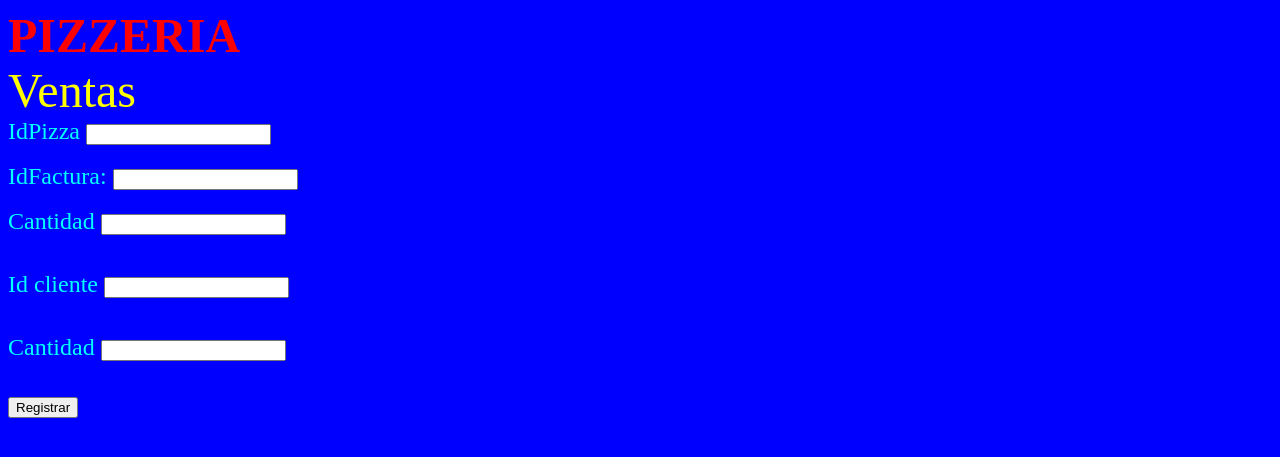
Repository: kaoxen/Cloud9
Page: restauranteapp/workspace/ventas.html
The author's editor kept a record of every edit. The page is drawn from the files as they stood at one moment, then again after the next edit.
The browser window is 1280 px wide. The pictures show the whole page.

Above is the page before.

### restauranteapp/workspace/ventas.html
<html>
<head></head>

<body bgcolor="blue" >





<form action="formfactura.php" method="POST" NAME="form" >
    <font color="red" size=10> <strong> PIZZERIA</strong> </font> </br>
    <font color="yellow" size=8>  Ventas  </font> </br>
<font color="aqua" size=5>     IdPizza   </font>    <input type="int" name="Idpizza">  </br>
</br>

 <font  color="aqua" size=5>   IdFactura: </font>      <input type="int" name="Idfactura"> </br>
</br>

<font color="aqua" size=5>    Cantidad </font>      <input type="int" name="cantidad"></br>
</br>

</br>
<font color="aqua" size=5>    Id cliente </font>      <input type="int" name="Idcliente"></br>

</br>

</br>
<font color="aqua" size=5>    Cantidad </font>      <input type="int" name="cantidad"></br>

</br>
</br>

<input type="submit" value="Registrar"> </br>



</form>

</font>
</body>
</html>

After the next edit:
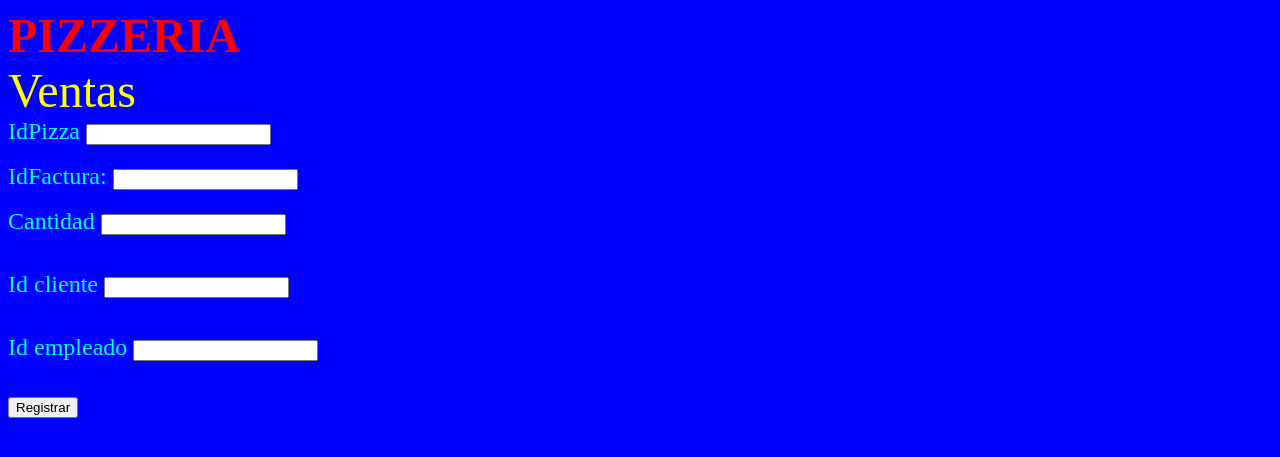
The edit:
--- a/restauranteapp/workspace/ventas.html
+++ b/restauranteapp/workspace/ventas.html
@@ -25,7 +25,7 @@
 </br>
 
 </br>
-<font color="aqua" size=5>    Cantidad </font>      <input type="int" name="cantidad"></br>
+<font color="aqua" size=5>   Id empleado </font>      <input type="int" name="Idempleado"></br>
 
 </br>
 </br>
